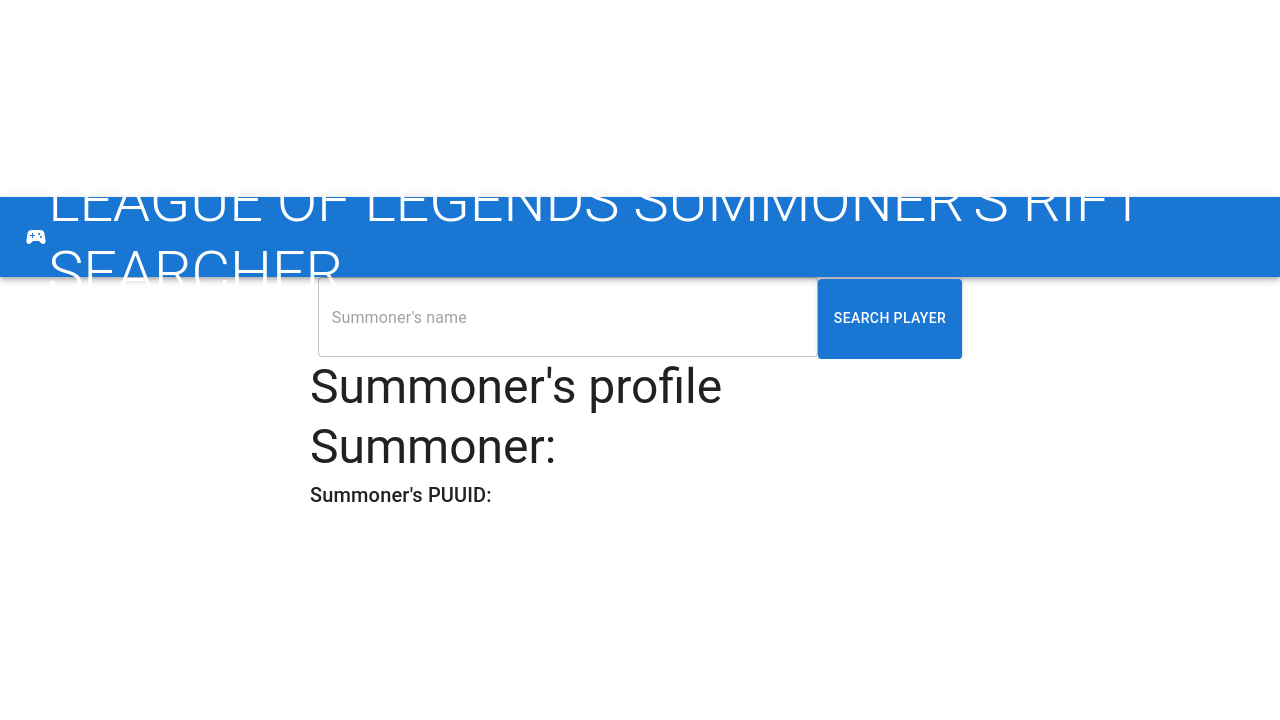
Repository: Mikerr21/League-Of-Legends-API
Page: /
The author's editor kept a copy of each file at every save. The page is drawn from the files as they stood at one save, then again after the next save.
The browser window is 1280 px wide. The pictures show the whole page.
The page's requests for data from a server got no answer. The project was rebuilt for these pictures with package versions that can differ from the ones it lists, and the page was loaded fresh each time. No one was signed in, and anything a server would have sent is missing.

Above is the page before, as saved 2022-09-24 22:33:51.

### public/index.html
<!DOCTYPE html>
<html lang="en">
  <head>
    <meta charset="utf-8" />
    <link rel="icon" href="%PUBLIC_URL%/favicon.ico" />
    <meta name="viewport" content="width=device-width, initial-scale=1" />
    <meta name="theme-color" content="#000000" />
    <meta
      name="description"
      content="Web site created using create-react-app"
    />
    <link rel="apple-touch-icon" href="%PUBLIC_URL%/logo192.png" />

    <title>React App</title>
  </head>
  <body>
    <noscript>You need to enable JavaScript to run this app.</noscript>
    <div id="root"></div>

  </body>
</html>

### src/App.js
import React from "react";
import axios from "axios";
import { useState } from "react";
import { AppBar } from "@mui/material";
import { Toolbar } from "@mui/material";
import { CssBaseline } from "@mui/material";
import SportsEsportsIcon from "@mui/icons-material/SportsEsports";
import OutlinedInput from "@mui/material/OutlinedInput";

import { Typography } from "@mui/material";
import { Button } from "@mui/material";
import { Box } from "@mui/material";

import ListSubheader from "@mui/material/ListSubheader";
import List from "@mui/material/List";
import ListItemButton from "@mui/material/ListItemButton";
import ListItemIcon from "@mui/material/ListItemIcon";
import ListItemText from "@mui/material/ListItemText";
import Collapse from "@mui/material/Collapse";
import InboxIcon from "@mui/icons-material/MoveToInbox";
import DraftsIcon from "@mui/icons-material/Drafts";
import SendIcon from "@mui/icons-material/Send";
import ExpandLess from "@mui/icons-material/ExpandLess";
import ExpandMore from "@mui/icons-material/ExpandMore";
import StarBorder from "@mui/icons-material/StarBorder";
import Grid from "@mui/material/Grid";

function App() {
  const [searchPlayer, setSearchPlayer] = useState("");
  const [playerData, setPlayerData] = useState({});
  const API_KEY = "c4eb3244-2494-4789-a6a3-47b4f6d5b70a";

  function fetchPlayerData(event) {
    var API_KEY = "RGAPI-e5d7e95c-8a4e-4469-bf42-53bc6d1175b3";
    var API_CALL_STRING =
      "https://euw1.api.riotgames.com/lol/summoner/v4/summoners/by-name/" +
      searchPlayer +
      "?api_key=" +
      API_KEY;
    axios
      .get(API_CALL_STRING)
      .then(function (response) {
        //Success

        setPlayerData(response.data);
      })
      .catch(function (error) {
        //Error
        console.log(error);
      });
  }

  return (
    <div className="App">
      <CssBaseline />

      <Grid
        container
        spacing={0}
        direction="column"
        alignItems="center"
        justifyContent="center"
        style={{ minHeight: "100vh" }}
      >
        <CssBaseline />
        <AppBar position="static">
          <Toolbar variant="dense" style={{ height: "80px" }}>
            <SportsEsportsIcon></SportsEsportsIcon>
            <Typography variant="h2" component="h2">
              LEAGUE OF LEGENDS SUMMONER'S RIFT SEARCHER
            </Typography>
          </Toolbar>
        </AppBar>
        <Box>
          <OutlinedInput
            onChange={(e) => setSearchPlayer(e.target.value)}
            type="text"
            placeholder="Summoner's name"
            style={{ height: "80px", width: "500px" }}
          ></OutlinedInput>
          <Button
            onClick={fetchPlayerData()}
            variant="contained"
            style={{ height: "80px" }}
          >
            Search player
          </Button>
        </Box>
        {JSON.stringify(playerData.data)}

        <List
          sx={{ width: "100%", maxWidth: 660, bgcolor: "background.paper" }}
          component="nav"
          aria-labelledby="nested-list-subheader"
          subheader={<Typography variant="h3">Summoner's profile</Typography>}
        >
          {/* <ListItemButton>
        <ListItemIcon>
          <SendIcon />
        </ListItemIcon>
        <ListItemText primary="Sent mail" />
      </ListItemButton>
      <ListItemButton>
        <ListItemIcon>
          <DraftsIcon />
        </ListItemIcon>
        <ListItemText primary="Drafts" />
      </ListItemButton>
        <List component="div" disablePadding>
          <ListItemButton sx={{ pl: 4 }}>
            <ListItemIcon>
              <StarBorder />
            </ListItemIcon>
            <ListItemText primary="Starred" />
          </ListItemButton>
        </List>
     */}
          <ListItemText>
            <Typography variant="h3">Summoner:</Typography>
          </ListItemText>
          <ListItemText>
            <Typography variant="h6">{searchPlayer}</Typography>
          </ListItemText>
          <ListItemText>
            <Typography variant="h6">
              Summoner's PUUID:{playerData.puuid}
            </Typography>
          </ListItemText>
        </List>
      </Grid>
    </div>
  );
}

export default App;

Loaded but not shown: src/index.js (common file)

After the next save:
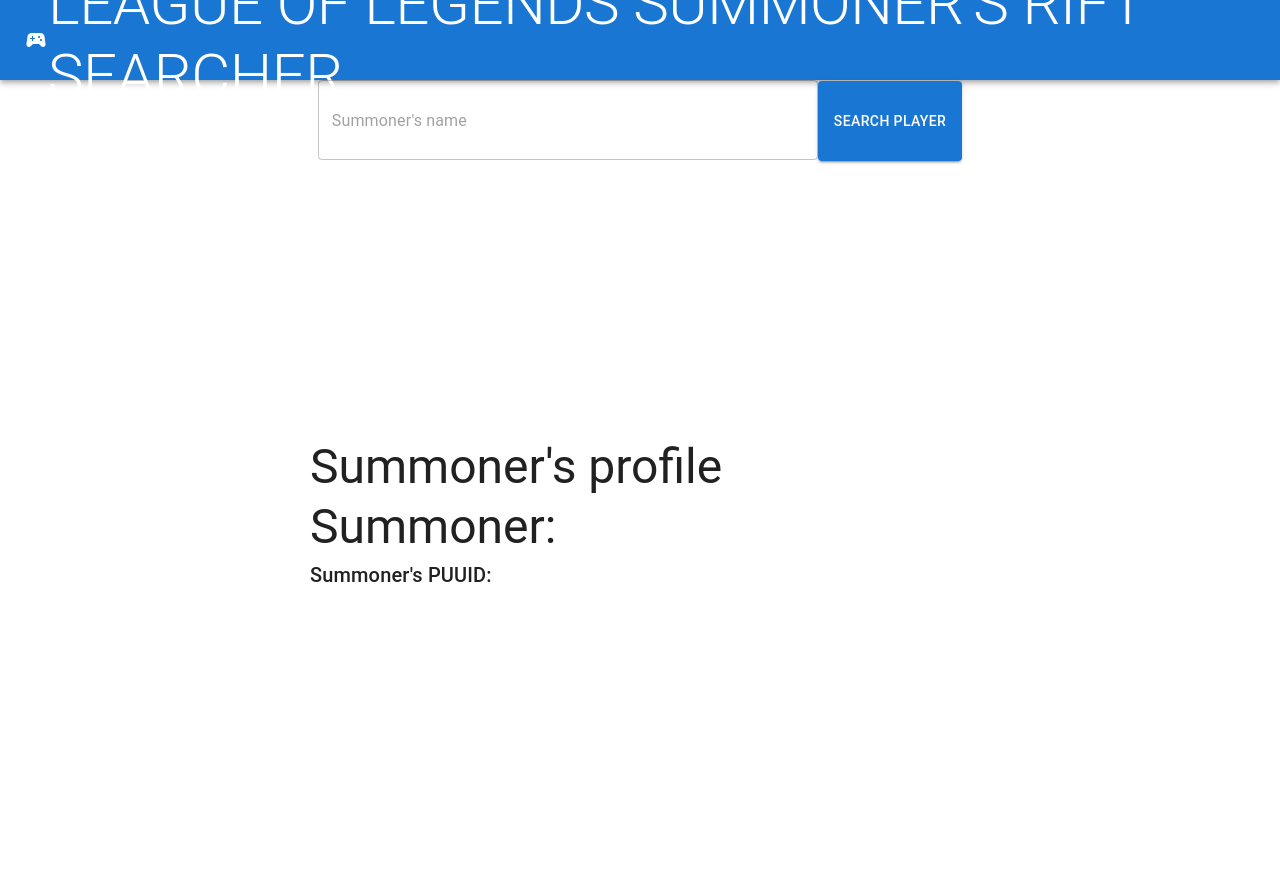
Saved 2 min 2 s later.
--- a/src/App.js
+++ b/src/App.js
@@ -88,6 +88,15 @@
         </Box>
         {JSON.stringify(playerData.data)}
 
+
+     <Grid
+        container
+        spacing={0}
+        direction="column"
+        alignItems="center"
+        justifyContent="center"
+        style={{ minHeight: "100vh" }}
+      >
         <List
           sx={{ width: "100%", maxWidth: 660, bgcolor: "background.paper" }}
           component="nav"
@@ -115,7 +124,7 @@
           </ListItemButton>
         </List>
      */}
-          <ListItemText>
+     <ListItemText>
             <Typography variant="h3">Summoner:</Typography>
           </ListItemText>
           <ListItemText>
@@ -127,6 +136,10 @@
             </Typography>
           </ListItemText>
         </List>
+
+      </Grid>
+
+
       </Grid>
     </div>
   );

After the save that followed:
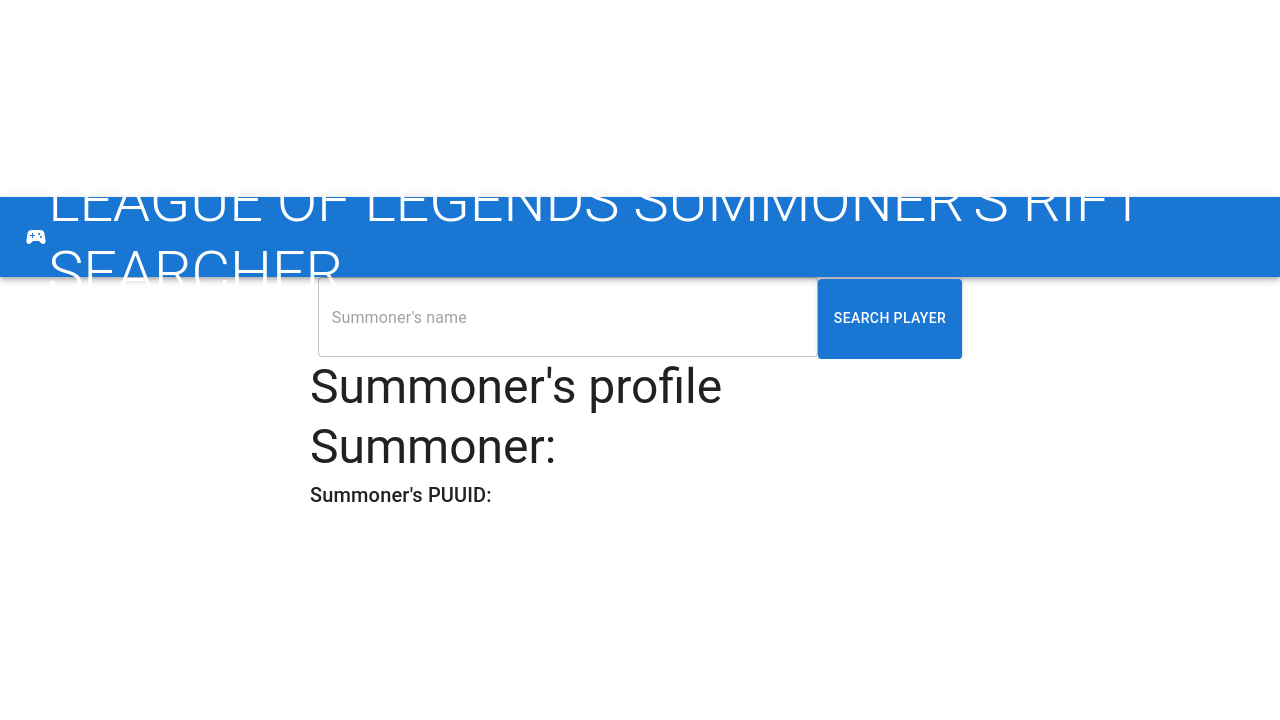
Saved 64 s later.
--- a/src/App.js
+++ b/src/App.js
@@ -86,44 +86,13 @@
             Search player
           </Button>
         </Box>
-        {JSON.stringify(playerData.data)}
 
-
-     <Grid
-        container
-        spacing={0}
-        direction="column"
-        alignItems="center"
-        justifyContent="center"
-        style={{ minHeight: "100vh" }}
-      >
         <List
           sx={{ width: "100%", maxWidth: 660, bgcolor: "background.paper" }}
           component="nav"
           aria-labelledby="nested-list-subheader"
           subheader={<Typography variant="h3">Summoner's profile</Typography>}
         >
-          {/* <ListItemButton>
-        <ListItemIcon>
-          <SendIcon />
-        </ListItemIcon>
-        <ListItemText primary="Sent mail" />
-      </ListItemButton>
-      <ListItemButton>
-        <ListItemIcon>
-          <DraftsIcon />
-        </ListItemIcon>
-        <ListItemText primary="Drafts" />
-      </ListItemButton>
-        <List component="div" disablePadding>
-          <ListItemButton sx={{ pl: 4 }}>
-            <ListItemIcon>
-              <StarBorder />
-            </ListItemIcon>
-            <ListItemText primary="Starred" />
-          </ListItemButton>
-        </List>
-     */}
      <ListItemText>
             <Typography variant="h3">Summoner:</Typography>
           </ListItemText>
@@ -136,10 +105,6 @@
             </Typography>
           </ListItemText>
         </List>
-
-      </Grid>
-
-
       </Grid>
     </div>
   );
